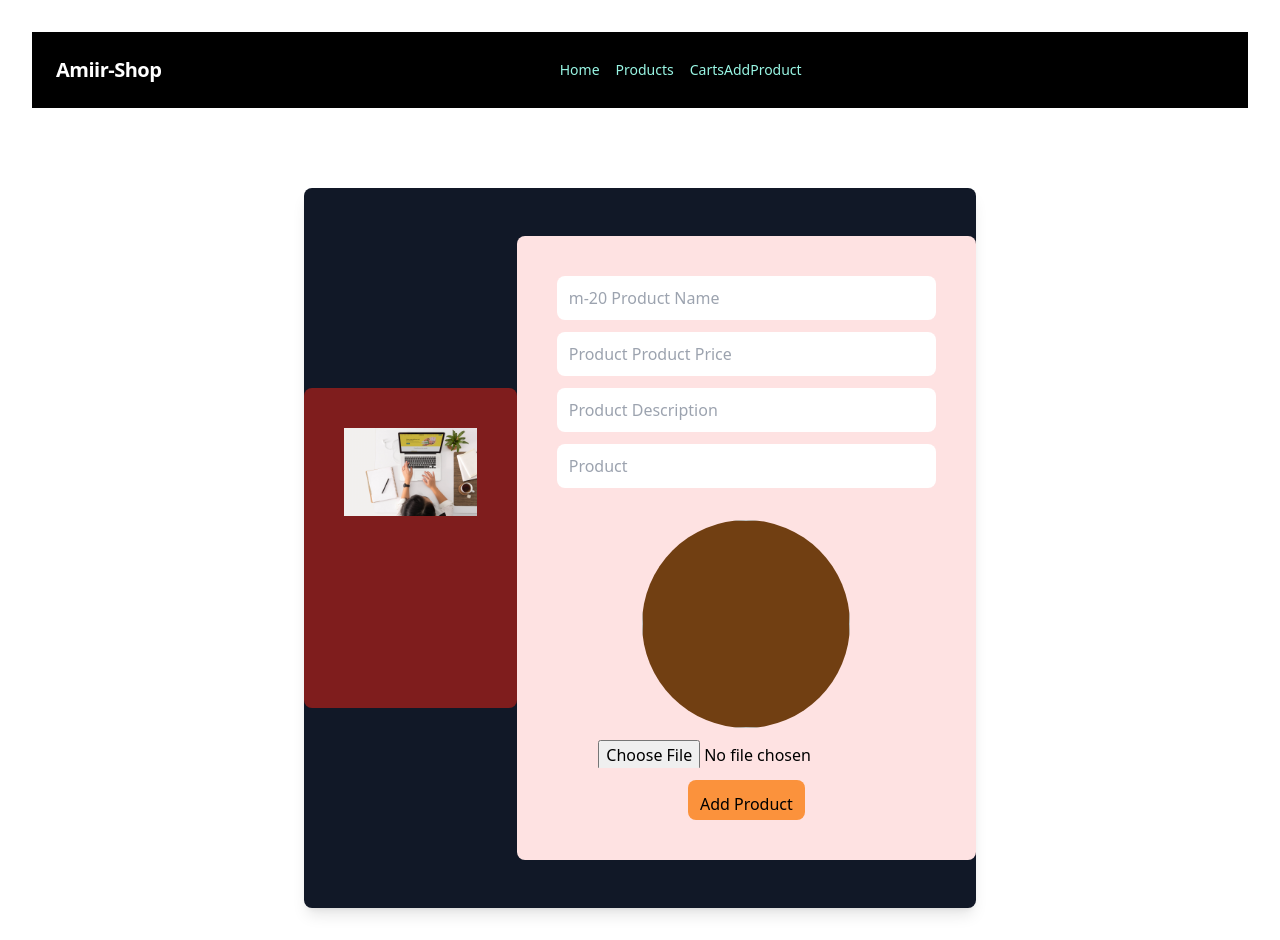
Repository: ENG-AMIIR-MUSE/ECommerce-app-using-react
Page: /addProducts
An editor plug-in stored every save of this project. The page is shown before and after the next save, followed by the edit.
The browser window is 1280 px wide. The pictures show the whole page.
The page's requests for data from a server got no answer. The project was rebuilt for these pictures with package versions that can differ from the ones it lists, and the page was loaded fresh each time. No one was signed in, and anything a server would have sent is missing. Also part of the build but not shown: vite.config.js, src/Components/productList.js, src/Components/productCard.js.

Above is the page before, as saved 2023-06-24 20:34:17.

### src/main.jsx
import React from 'react'
import ReactDOM from 'react-dom/client'
import App from './App.jsx'
import './index.css'

import { BrowserRouter }  from 'react-router-dom'



ReactDOM.createRoot(document.getElementById('root')).render(
  <React.StrictMode>
    <BrowserRouter>
    <App />
    </BrowserRouter>

  </React.StrictMode>,

)

### src/App.jsx
import { useEffect } from 'react'
import { useState } from 'react'
import axios from 'axios'
import ProductList from './Components/ProductList'
import ProductCard from './Components/ProductCard'

import './App.css'

import {NavBar} from './Components/NavBar'
import {  Routes,Route } from 'react-router-dom'

import AddProduct from './Components/AddProduct'

function App() {
const [products,setProducts] =  useState([])

useEffect(()=>{
  axios.get('https://fakestoreapi.com/products')
  .then((response)=>{
    // console.log(response)
   setProducts(response.data)
  }).catch((er)=>{
    console.log(er.response)
  })

})

  return (
    <>

    {/* {console.log(products)} */}
    <NavBar/>

    {/* <ProductCard/> */}
    <Routes>
    <Route path="/"/>
    <Route path="/products" element={<ProductList products ={products}/>}/>

    <Route path="/products/:id" element={<ProductCard products = {products}/>}/>
  <Route path="/addProducts/" element={<AddProduct/>}/>
  </Routes>
    </>


  )


}

export default App

### src/Components/NavBar.jsx
import React from 'react'
import {Link } from 'react-router-dom'
 export function NavBar() {
  return (
    <>
    <nav className=" items-center justify-between flex-wrap bg-black p-6 mb-20 h-auto p-5">
  <div className="flex items-center flex-shrink-0 text-white mr-6">

    <span className="font-semibold text-xl tracking-tight">Amiir-Shop</span>


  <div className="w-full block flex-grow lg:flex lg:items-center lg:w-auto">
    <div className="text-sm lg:flex-grow">
      <Link to="/" className="block mt-4 lg:inline-block lg:mt-0 text-teal-200 hover:text-white mr-4">
        Home
      </Link>
      <Link to="/products" className="block mt-4 lg:inline-block lg:mt-0 text-teal-200 hover:text-white mr-4">
        Products
      </Link>
      <Link to="/carts" className="block mt-4 lg:inline-block lg:mt-0 text-teal-200 hover:text-white">
        Carts
      </Link>
      <Link to="/addProducts" className="block mt-4 lg:inline-block lg:mt-0 text-teal-200 hover:text-white">
        AddProduct
      </Link>
    </div>

  </div>
  </div>
</nav>
    </>
  )

 }

### src/Components/AddProduct.jsx
import React from "react";
import reactsvg from '../assets/weImage.jpg'
import { useState } from "react";
const  AddProduct = ()=>{
  const [image,setImage]  = useState(null)

    return(

        <div  className="bg-gray-900 mt-0  text-black  min-h-screen flex flex-col lg:flex-row lg:max-w-2xl  max-w-sm mx-auto justify-center items-center  shadow-lg rounded-lg  overflow-hidden">
          <div className="w-96 rounded-lg mx-auto  bg-red-900  m-5 h-80 p-10">
           <img src= {reactsvg}  alt="missing-product-image"/>
          </div>
          <div className="  m-10 rounded-lg bg-red-100 mx-auto mx-auto mx-auto">
          <form className="space-y-3 mx-auto p-10 ">

           <input type="text"placeholder="m-20 Product Name" className="w-full rounded-lg h-11  pl-3"/>
          <input type="text"placeholder="Product Product Price" className="w-full rounded-lg h-11  pl-3"/>
          <input type="text"placeholder="Product Description" className="w-full rounded-lg h-11  pl-3"/>
           <input type="text" placeholder="Product"className="w-full rounded-lg h-11 pl-3 "/>
           <div className="flex felx-row  flex-wrap items-center justify-center space-x-4">
             <img src={image&&URL.createObjectURL(image)} alt={image} className="rounded-full w-52 h-52 mt-5  max-w-md  object-cover object-center bg-yellow-900" />
             <input type="file" className = "rounded-lg p-3 h-10 " onChange={(event)=>{

              setImage(event.target.files[0])
             }}/>
           </div>
             <input type="submit" className = "rounded-lg bg-orange-400 p-3 h-10 "value="Add Product"/>
          </form>
          </div>
          {console.log(image)}
        </div>
    )
}
export default AddProduct;

Loaded but not shown: index.html (common file); src/index.css (common file); src/App.css (common file); tailwind.config.js (common file)

After the next save:
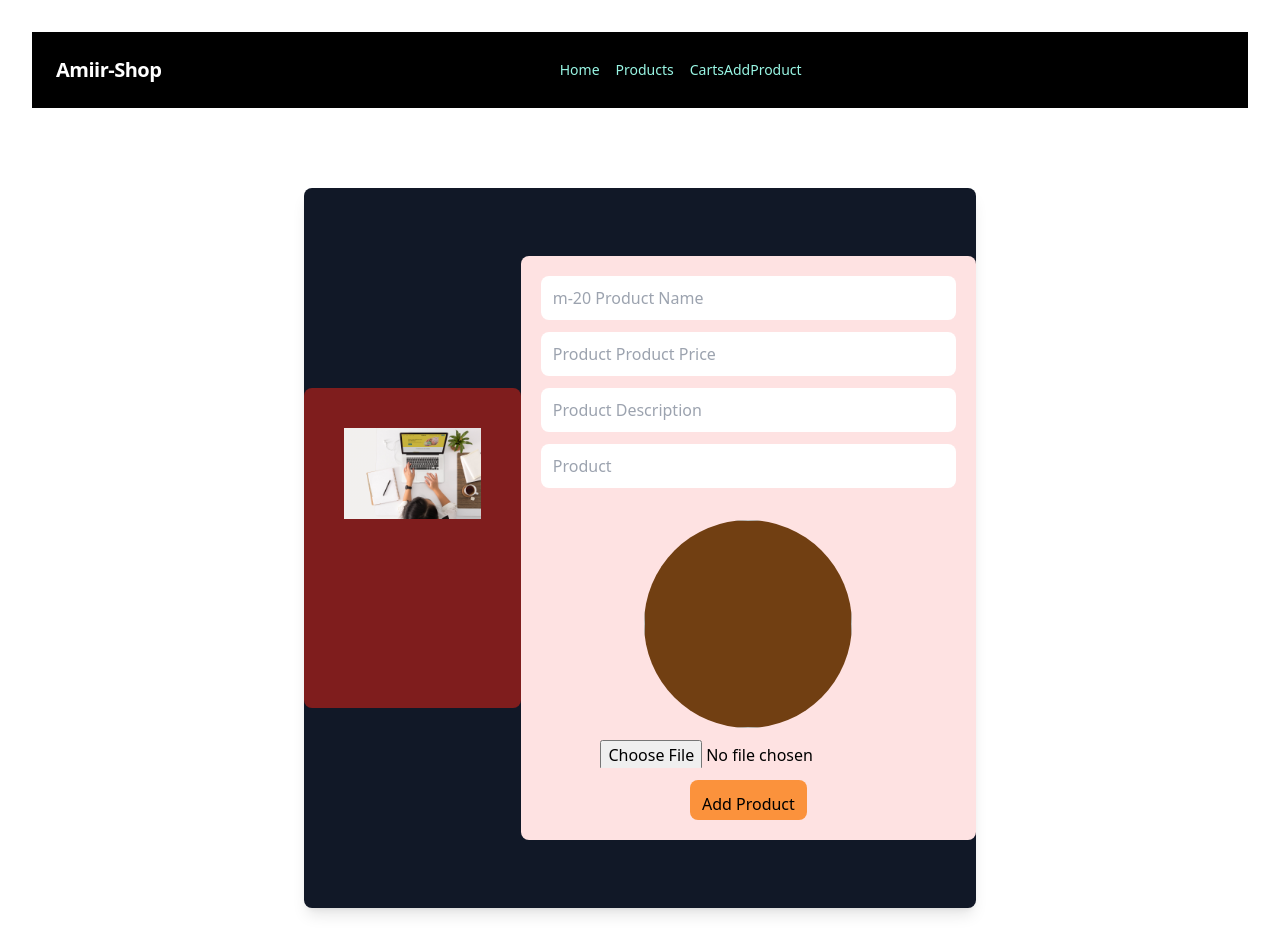
Saved 14 s later.
--- a/src/Components/AddProduct.jsx
+++ b/src/Components/AddProduct.jsx
@@ -11,7 +11,7 @@ const  AddProduct = ()=>{
            <img src= {reactsvg}  alt="missing-product-image"/>
           </div>
           <div className="  m-10 rounded-lg bg-red-100 mx-auto mx-auto mx-auto">
-          <form className="space-y-3 mx-auto p-10 ">
+          <form className="space-y-3 mx-auto p-5 ">
 
            <input type="text"placeholder="m-20 Product Name" className="w-full rounded-lg h-11  pl-3"/>
           <input type="text"placeholder="Product Product Price" className="w-full rounded-lg h-11  pl-3"/>
